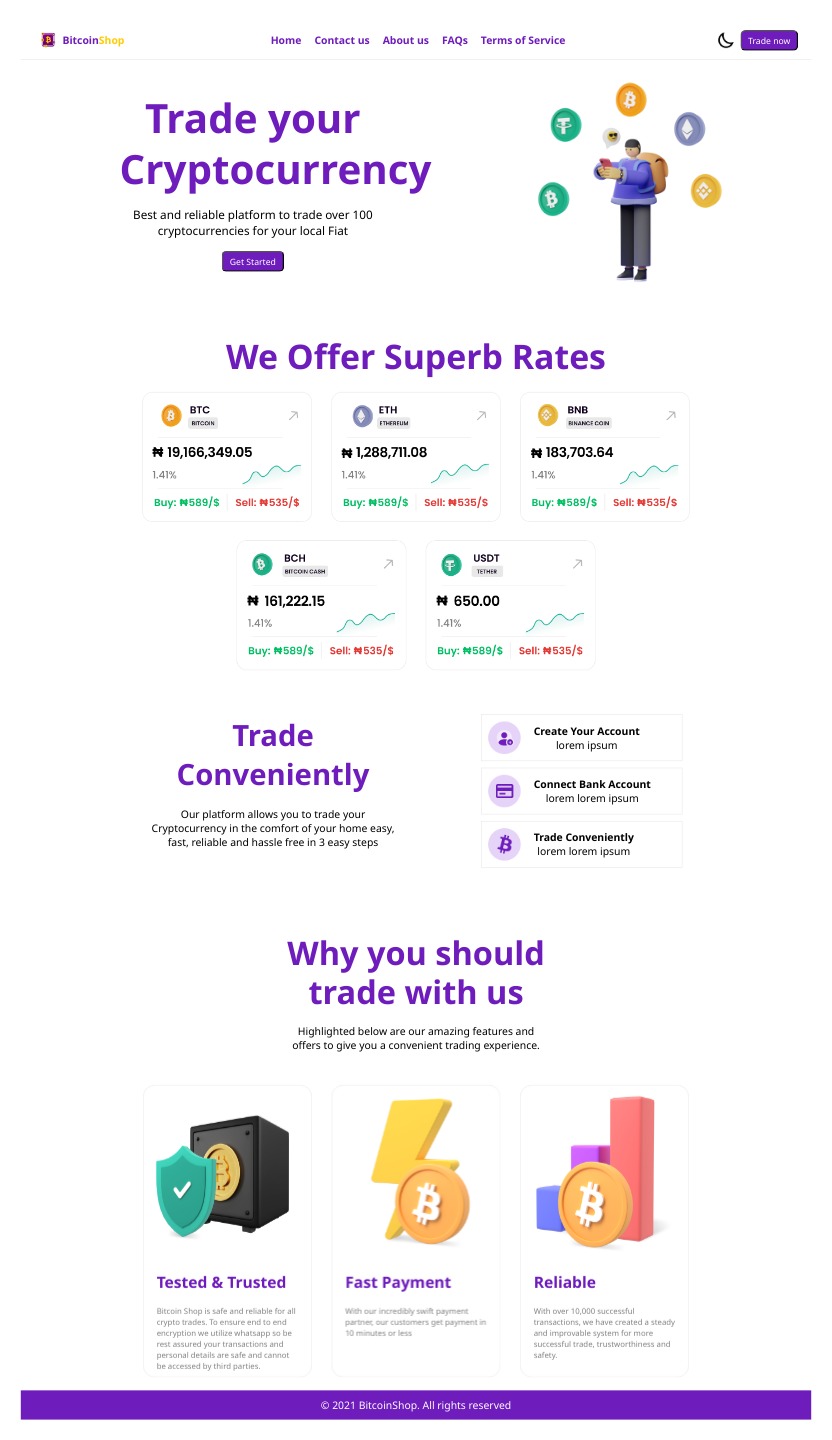
Repository: akinmiday/bitcoinshop-website
Page: /
These files come from the project's save history. The page is drawn as it stood at one moment and after the next save; the edit follows.
The browser window is 1280 px wide. The pictures show the whole page, at 65% of full size.
The project was rebuilt for these pictures with package versions that can differ from the ones it lists, and the page was loaded fresh each time. Also part of the build but not shown: vite.config.js.

Above is the page before, as saved 2023-07-10 19:42:38.

After the next save:
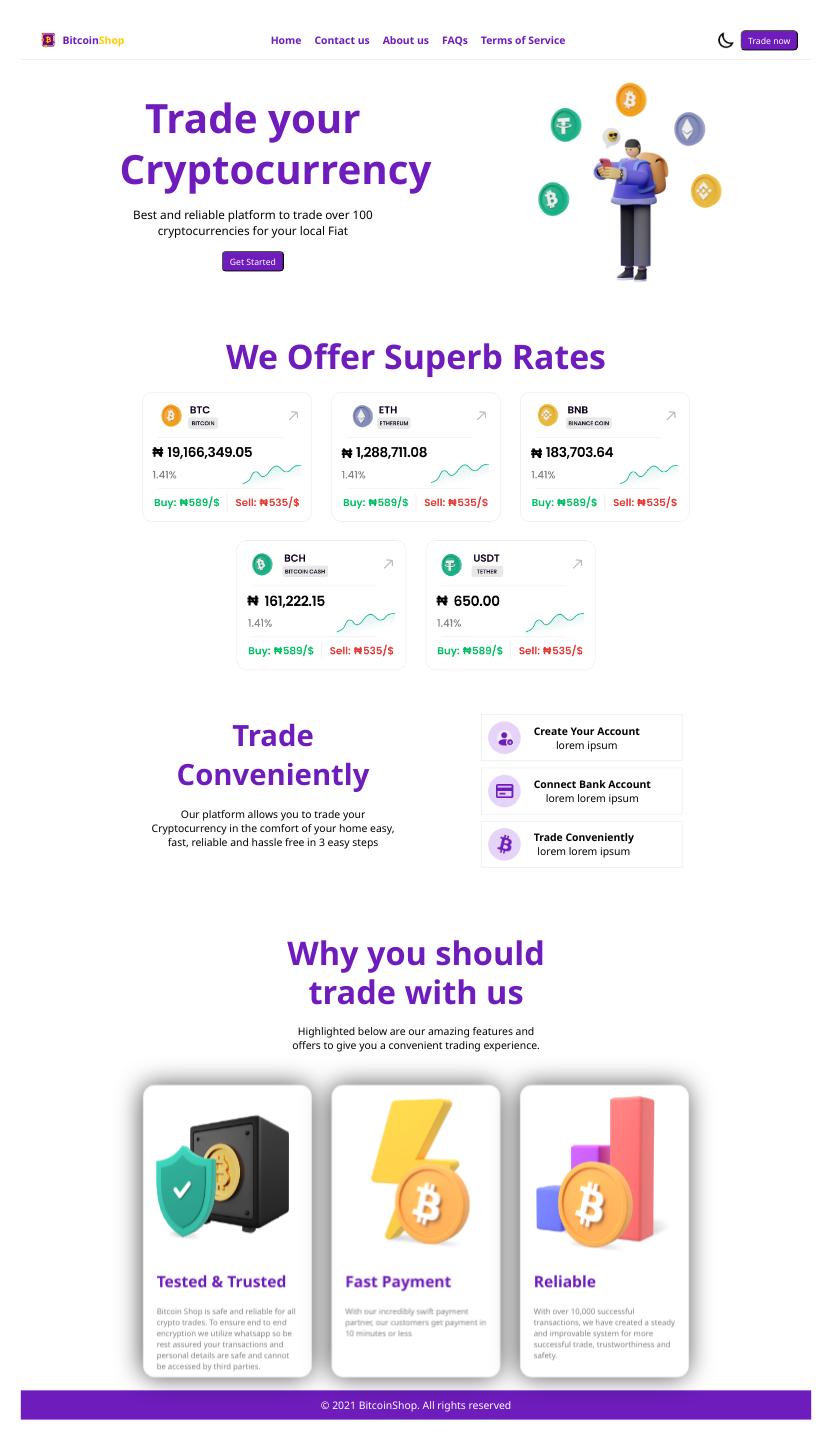
Saved 6 min 23 s later.
--- a/src/index.css
+++ b/src/index.css
@@ -195,6 +195,9 @@
     width: 260px;
     height: 450px;
     text-align: left;
+    box-shadow: -2px 0px 39px -1px rgba(0,0,0,0.71);
+    -webkit-box-shadow: -2px 0px 39px -1px rgba(0,0,0,0.71);
+    -moz-box-shadow: -2px 0px 39px -1px rgba(0,0,0,0.71);
   }
 
   .trade-with-us-icon-section div >h2{

After the save that followed:
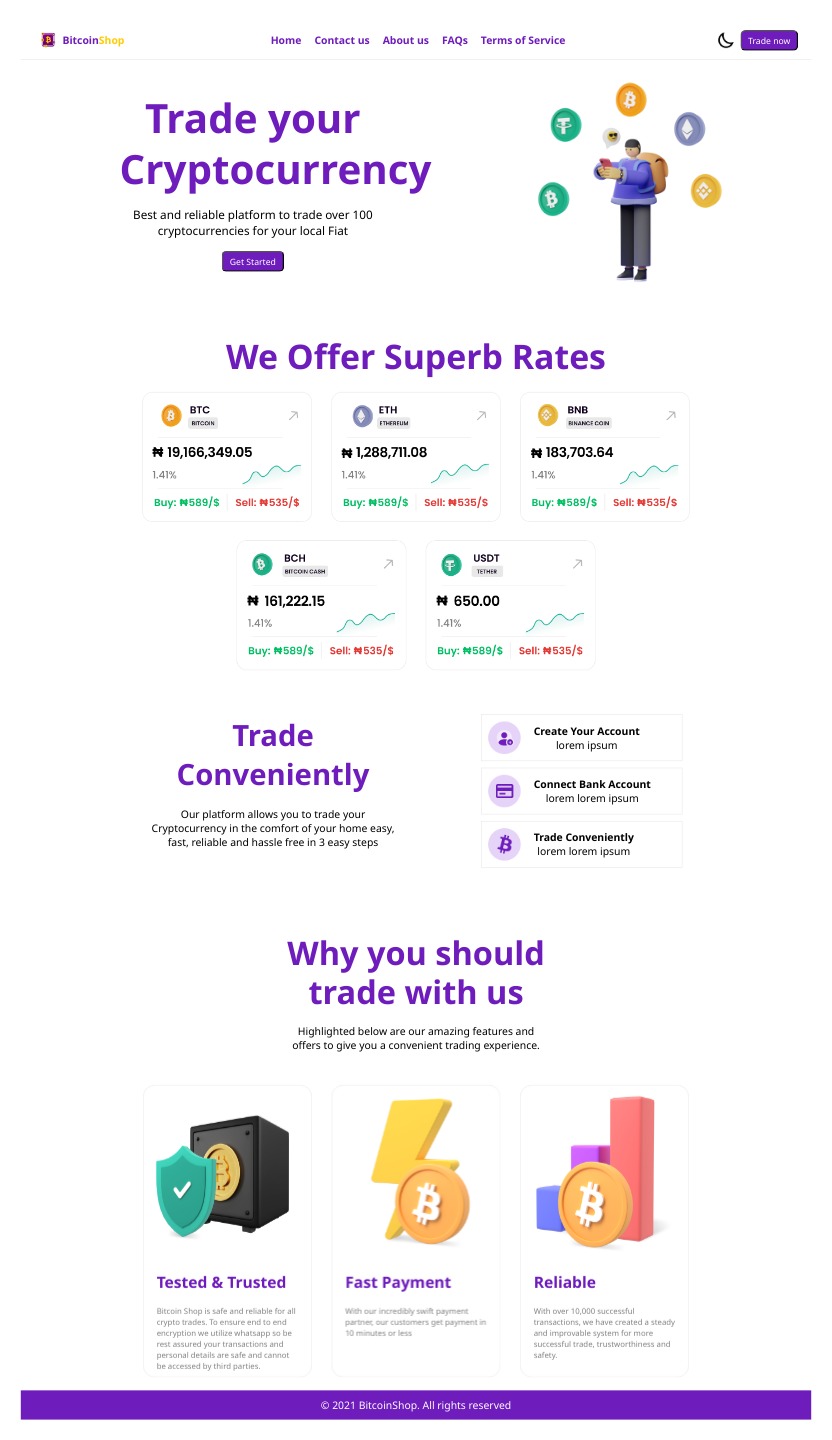
Saved 12 s later.
--- a/src/index.css
+++ b/src/index.css
@@ -195,9 +195,7 @@
     width: 260px;
     height: 450px;
     text-align: left;
-    box-shadow: -2px 0px 39px -1px rgba(0,0,0,0.71);
-    -webkit-box-shadow: -2px 0px 39px -1px rgba(0,0,0,0.71);
-    -moz-box-shadow: -2px 0px 39px -1px rgba(0,0,0,0.71);
+
   }
 
   .trade-with-us-icon-section div >h2{
